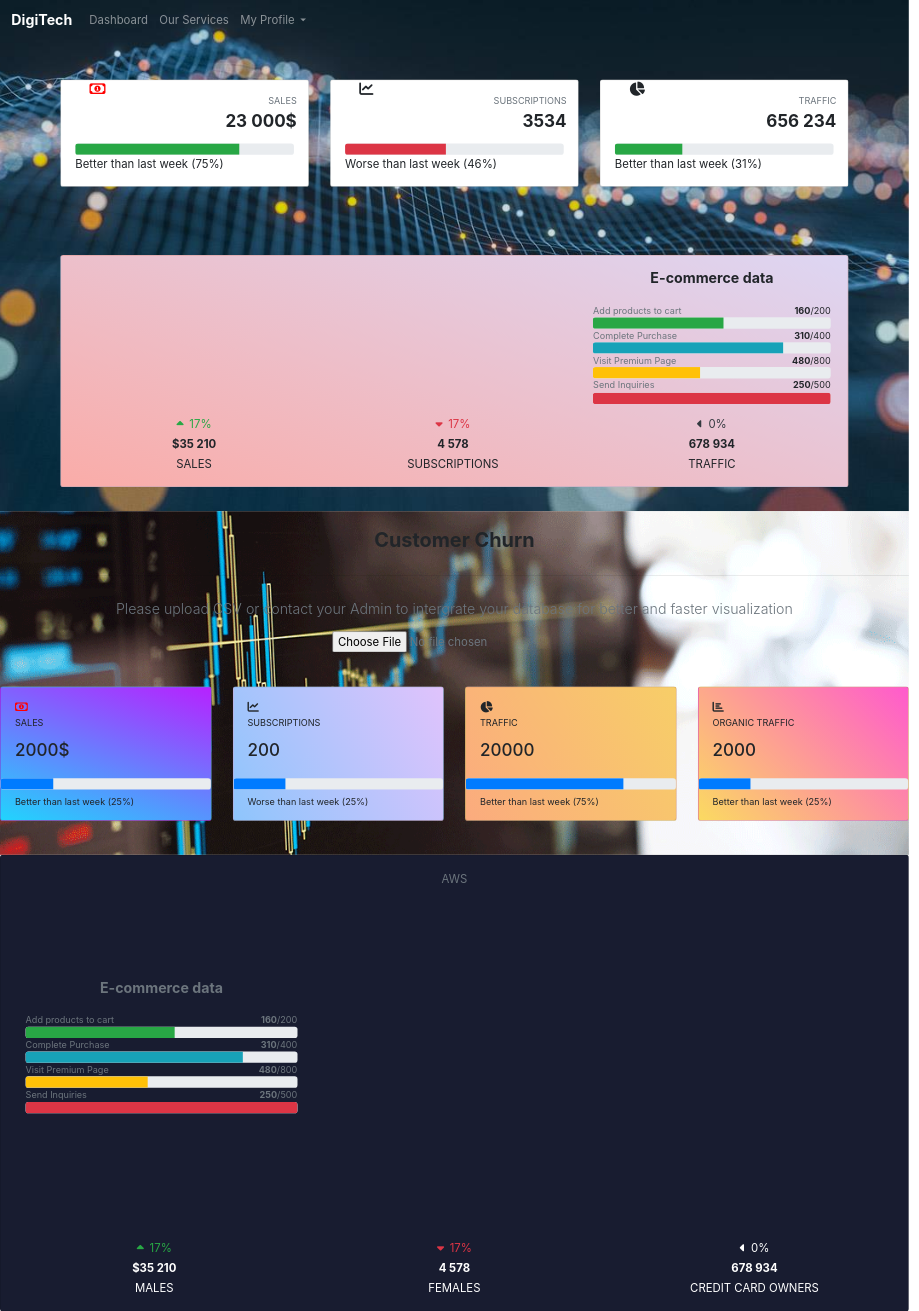
Repository: Tookliin/DigiTech
Page: /data
These files come from the project's save history. The page is drawn as it stood at one moment and after the next save; the edit follows.
The browser window is 1280 px wide. The page is 1295 px wide, so the pictures cover 1295 px, including what lies to the right of the window. The pictures show the whole page, at 71% of full size.
The project was rebuilt for these pictures with package versions that can differ from the ones it lists, and the page was loaded fresh each time. Also part of the build but not shown: src/components/Dashboard.vue, src/components/Profile.vue, src/components/Error.vue, src/components/Register.vue.

Above is the page before, as saved 2020-07-22 08:37:50.

After the next save:
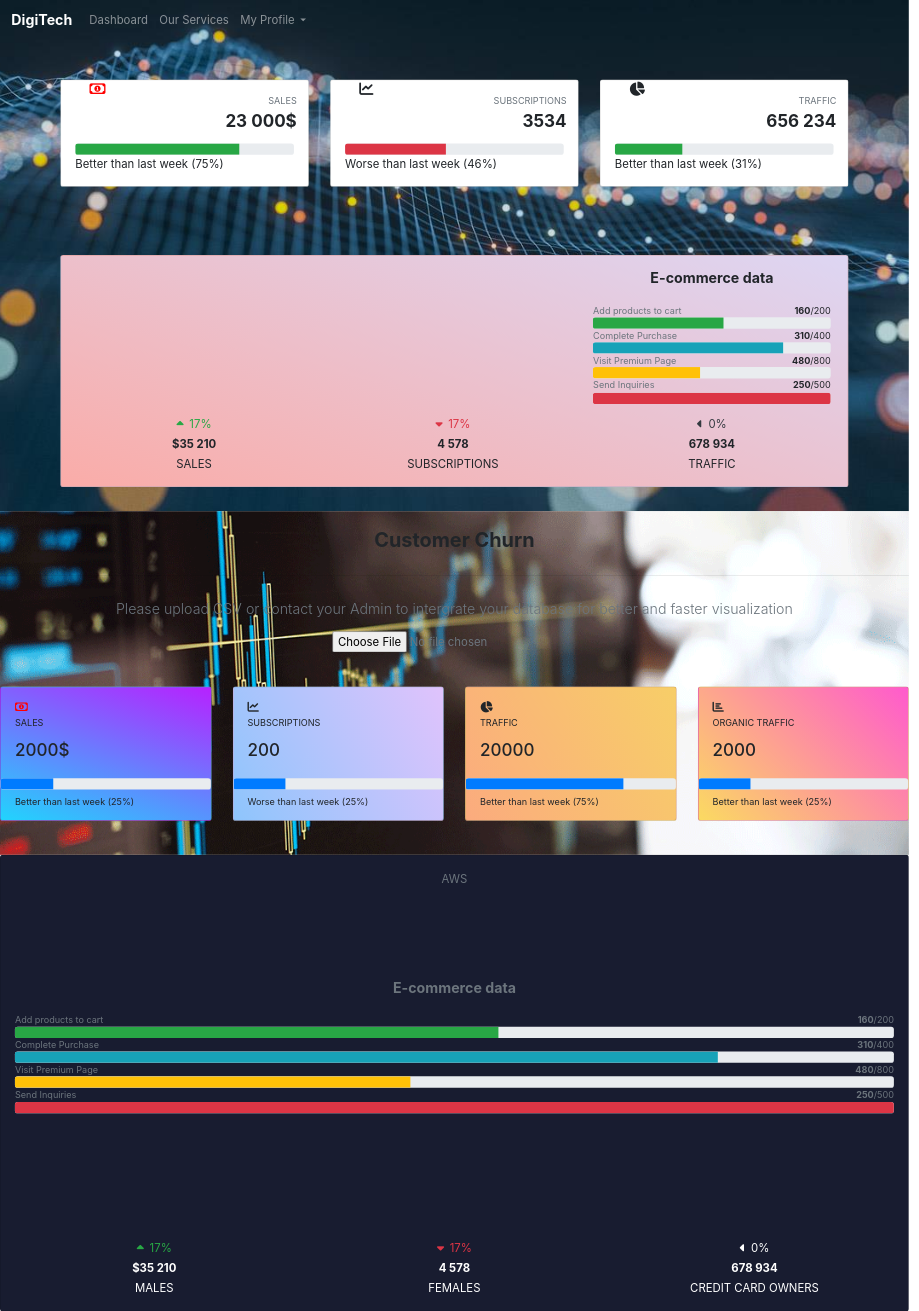
Saved 11 s later.
--- a/src/components/Organization.vue
+++ b/src/components/Organization.vue
@@ -228,7 +228,7 @@
             <div class="col-md-8 mb-4">
               <canvas id="barChart" height="100"></canvas>
             </div>
-            <div class="col-md-4 mb-1 mb-md-0">
+            <div class="">
               <h5 class="text-center font-weight-bold mb-4">E-commerce data</h5>
               <div class="d-flex justify-content-between">
                 <small class="text-muted">Add products to cart</small>

After the save that followed:
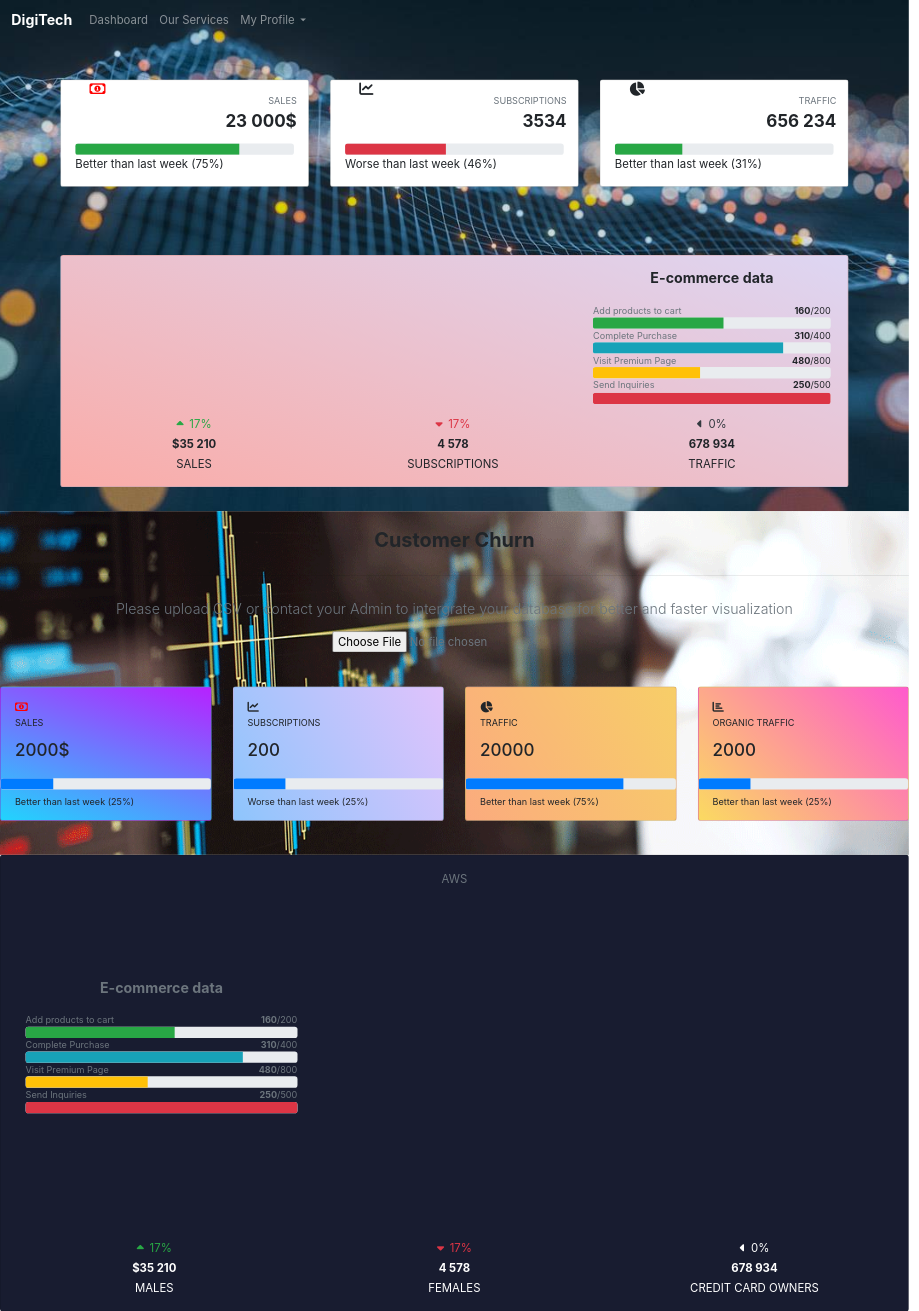
Saved 18 s later.
--- a/src/components/Organization.vue
+++ b/src/components/Organization.vue
@@ -228,7 +228,7 @@
             <div class="col-md-8 mb-4">
               <canvas id="barChart" height="100"></canvas>
             </div>
-            <div class="">
+            <div class="col-md-4 mb-1 mb-md-0">
               <h5 class="text-center font-weight-bold mb-4">E-commerce data</h5>
               <div class="d-flex justify-content-between">
                 <small class="text-muted">Add products to cart</small>
